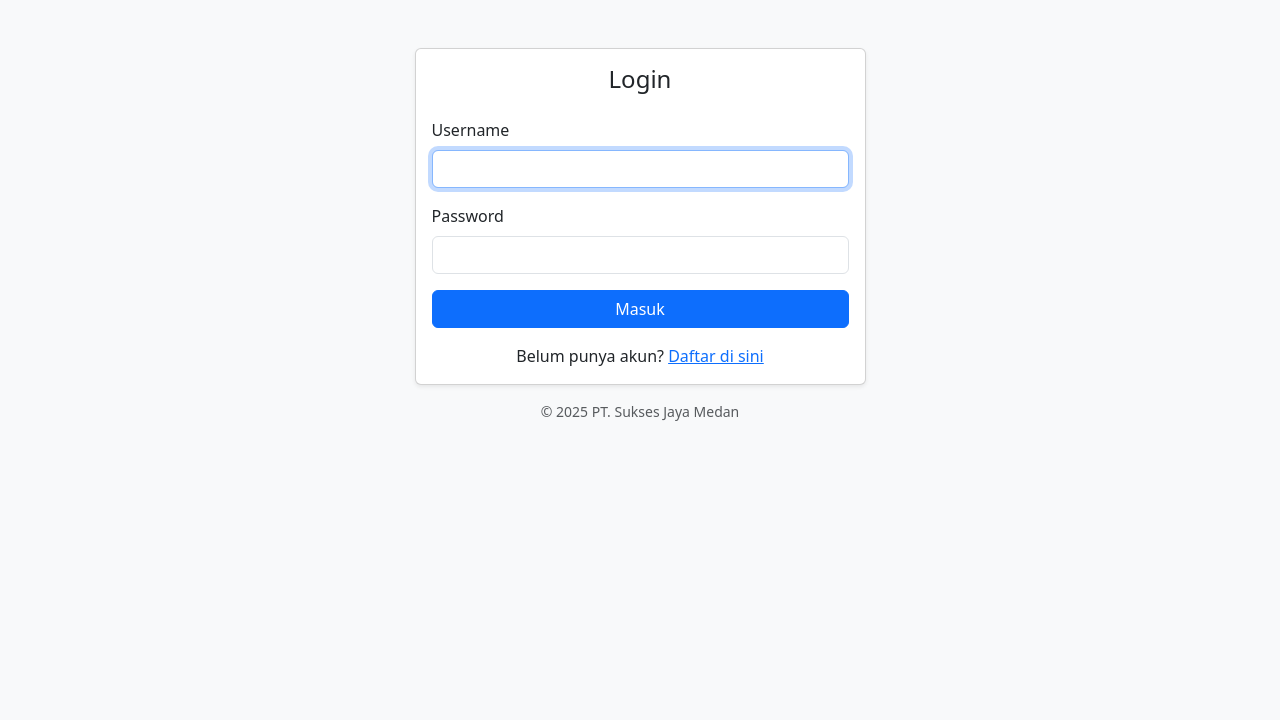
Repository: DevisWisley/Aplikasi-Sistem
Page: http://localhost/auth/login.php
These files come from the project's save history. The page is drawn as it stood at one moment and after the next save; the edit follows.
The browser window is 1280 px wide. The pictures show the whole page.
The page is run by PHP 8.4 with error messages shown; the project is at /var/www/html/.

Above is the page before, as saved 2025-06-23 07:28:16.

### Sukses Jaya/auth/login.php
<?php
session_start();
require_once '../includes/config.php';

$error = '';

if ($_SERVER['REQUEST_METHOD'] == 'POST') {
    $username = trim($_POST['username']);
    $password = trim($_POST['password']);

    try {
        $stmt = $conn->prepare("SELECT * FROM admin WHERE username = ?");
        $stmt->execute([$username]);
        $user = $stmt->fetch(PDO::FETCH_ASSOC);

        if ($user && $password === $user['password']) {
            // Simpan data sesi
            $_SESSION['user_id'] = $user['admin_id'];
            $_SESSION['username'] = $user['username'];
            $_SESSION['level'] = $user['level'];
            $_SESSION['cabang_id'] = $user['cabang_id'];

            header('Location: ../pages/dashboard.php');
            exit;
        } else {
            $error = "Username atau Password salah!";
        }
    } catch (PDOException $e) {
        $error = "Terjadi kesalahan koneksi database!";
    }
}
?>

<!DOCTYPE html>
<html lang="id">

<head>
    <meta charset="UTF-8">
    <title>Login - Sistem Data Pegawai</title>
    <link href="https://cdn.jsdelivr.net/npm/bootstrap@5.3.3/dist/css/bootstrap.min.css" rel="stylesheet">
</head>

<body class="bg-light">

    <div class="container mt-5">
        <div class="row justify-content-center">
            <div class="col-md-5">
                <div class="card shadow-sm">
                    <div class="card-body">
                        <h4 class="card-title text-center mb-4">Login</h4>

                        <?php if ($error): ?>
                            <div class="alert alert-danger"><?= $error; ?></div>
                        <?php endif; ?>

                        <form method="post">
                            <div class="mb-3">
                                <label for="username" class="form-label">Username</label>
                                <input type="text" name="username" class="form-control" required autofocus>
                            </div>
                            <div class="mb-3">
                                <label for="password" class="form-label">Password</label>
                                <input type="password" name="password" class="form-control" required>
                            </div>
                            <div class="d-grid">
                                <button type="submit" class="btn btn-primary">Masuk</button>
                            </div>
                        </form>

                        <div class="mt-3 text-center">
                            Belum punya akun? <a href="register.php">Daftar di sini</a>
                        </div>
                    </div>
                </div>
                <p class="text-center text-muted mt-3 small">&copy; 2025 PT. Sukses Jaya Medan</p>
            </div>
        </div>
    </div>

</body>

</html>

### Sukses Jaya/includes/config.php
<?php
try {
    $conn = new PDO("mysql:host=localhost;dbname=suksesjaya", "root", "");
    $conn->setAttribute(PDO::ATTR_ERRMODE, PDO::ERRMODE_EXCEPTION);
} catch (PDOException $e) {
    die("Koneksi gagal: " . $e->getMessage());
}
?>

After the next save:
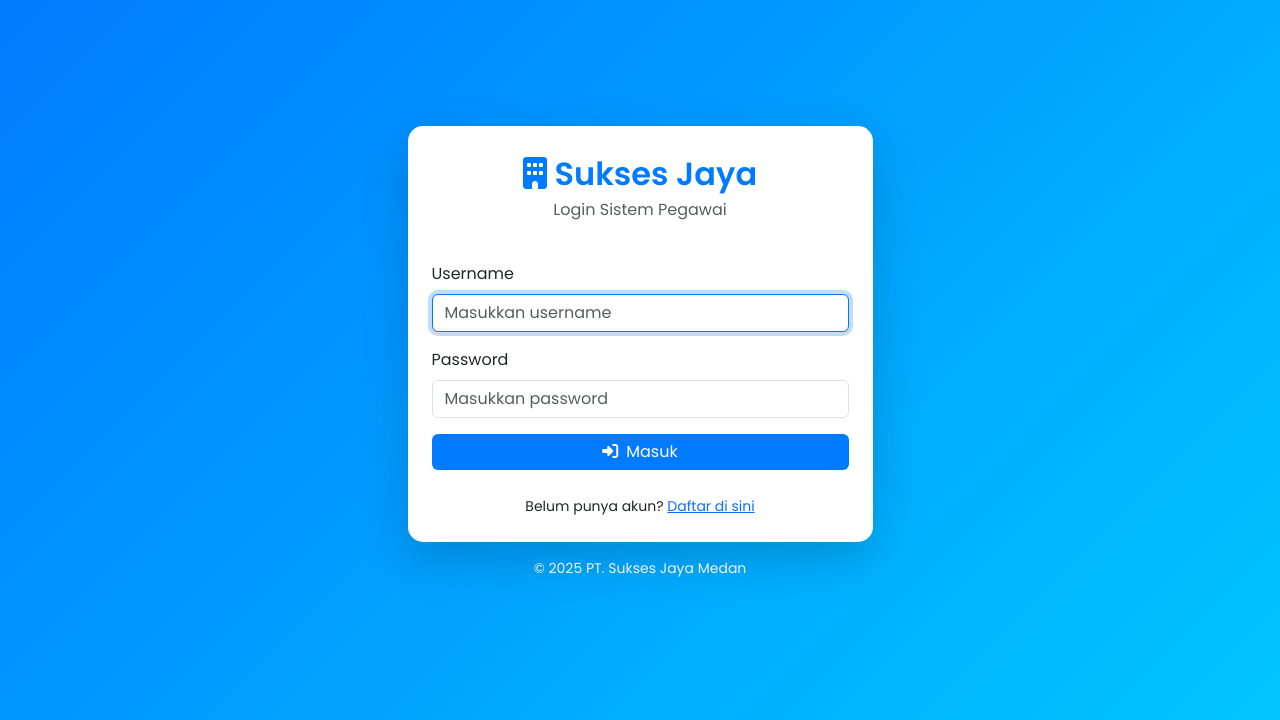
Saved 70 s later.
--- a/Sukses Jaya/auth/login.php
+++ b/Sukses Jaya/auth/login.php
@@ -14,12 +14,10 @@ if ($_SERVER['REQUEST_METHOD'] == 'POST') {
         $user = $stmt->fetch(PDO::FETCH_ASSOC);
 
         if ($user && $password === $user['password']) {
-            // Simpan data sesi
             $_SESSION['user_id'] = $user['admin_id'];
             $_SESSION['username'] = $user['username'];
             $_SESSION['level'] = $user['level'];
             $_SESSION['cabang_id'] = $user['cabang_id'];
-
             header('Location: ../pages/dashboard.php');
             exit;
         } else {
@@ -33,50 +31,74 @@ if ($_SERVER['REQUEST_METHOD'] == 'POST') {
 
 <!DOCTYPE html>
 <html lang="id">
+<head>
+  <meta charset="UTF-8">
+  <title>Login | Sistem Pegawai</title>
+  <link href="https://cdn.jsdelivr.net/npm/bootstrap@5.3.3/dist/css/bootstrap.min.css" rel="stylesheet">
+  <link href="https://cdnjs.cloudflare.com/ajax/libs/font-awesome/6.5.0/css/all.min.css" rel="stylesheet">
+  <link href="https://fonts.googleapis.com/css2?family=Poppins:wght@400;600&display=swap" rel="stylesheet">
+  <style>
+    body {
+      background: linear-gradient(135deg, #007bff, #00c6ff);
+      font-family: 'Poppins', sans-serif;
+    }
+    .card {
+      border: none;
+      border-radius: 15px;
+    }
+    .form-control:focus {
+      border-color: #007bff;
+      box-shadow: 0 0 0 0.25rem rgba(0,123,255,.25);
+    }
+    .btn-primary {
+      background-color: #007bff;
+      border: none;
+    }
+    .btn-primary:hover {
+      background-color: #0056b3;
+    }
+    .logo {
+      font-size: 2rem;
+      font-weight: bold;
+      color: #007bff;
+    }
+  </style>
+</head>
+<body>
 
-<head>
-    <meta charset="UTF-8">
-    <title>Login - Sistem Data Pegawai</title>
-    <link href="https://cdn.jsdelivr.net/npm/bootstrap@5.3.3/dist/css/bootstrap.min.css" rel="stylesheet">
-</head>
+<div class="container d-flex justify-content-center align-items-center vh-100">
+  <div class="col-md-5">
+    <div class="card shadow-lg p-4 bg-white">
+      <div class="text-center mb-4">
+        <div class="logo"><i class="fas fa-building"></i> Sukses Jaya</div>
+        <p class="text-muted">Login Sistem Pegawai</p>
+      </div>
 
-<body class="bg-light">
+      <?php if ($error): ?>
+        <div class="alert alert-danger"><?= $error; ?></div>
+      <?php endif; ?>
 
-    <div class="container mt-5">
-        <div class="row justify-content-center">
-            <div class="col-md-5">
-                <div class="card shadow-sm">
-                    <div class="card-body">
-                        <h4 class="card-title text-center mb-4">Login</h4>
+      <form method="post" autocomplete="off">
+        <div class="mb-3">
+          <label class="form-label">Username</label>
+          <input type="text" name="username" class="form-control" placeholder="Masukkan username" required autofocus>
+        </div>
+        <div class="mb-3">
+          <label class="form-label">Password</label>
+          <input type="password" name="password" class="form-control" placeholder="Masukkan password" required>
+        </div>
+        <div class="d-grid mb-2">
+          <button type="submit" class="btn btn-primary"><i class="fas fa-sign-in-alt me-2"></i>Masuk</button>
+        </div>
+      </form>
 
-                        <?php if ($error): ?>
-                            <div class="alert alert-danger"><?= $error; ?></div>
-                        <?php endif; ?>
-
-                        <form method="post">
-                            <div class="mb-3">
-                                <label for="username" class="form-label">Username</label>
-                                <input type="text" name="username" class="form-control" required autofocus>
-                            </div>
-                            <div class="mb-3">
-                                <label for="password" class="form-label">Password</label>
-                                <input type="password" name="password" class="form-control" required>
-                            </div>
-                            <div class="d-grid">
-                                <button type="submit" class="btn btn-primary">Masuk</button>
-                            </div>
-                        </form>
-
-                        <div class="mt-3 text-center">
-                            Belum punya akun? <a href="register.php">Daftar di sini</a>
-                        </div>
-                    </div>
-                </div>
-                <p class="text-center text-muted mt-3 small">&copy; 2025 PT. Sukses Jaya Medan</p>
-            </div>
-        </div>
+      <div class="text-center mt-3">
+        <small>Belum punya akun? <a href="register.php">Daftar di sini</a></small>
+      </div>
     </div>
+    <p class="text-center text-white mt-3 small">&copy; 2025 PT. Sukses Jaya Medan</p>
+  </div>
+</div>
 
 </body>
-
 </html>
